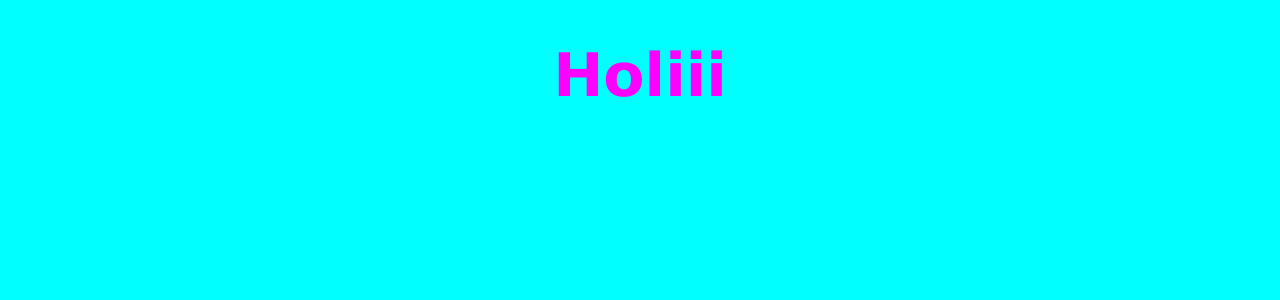
Repository: LazaroRicardo/WORKSPACE
Page: http://localhost/ProyectoMVC2/registrarse
These files come from the project's save history. The page is drawn as it stood at one moment and after the next save; the edit follows.
The browser window is 1280 px wide. The pictures show the whole page.
The page is served by Tomcat 9. Other server files are loaded and not shown.

Above is the page before, as saved 2018-11-15 08:53:38.

### javaweb/ProyectoMVC2/WebContent/registrarse.jsp
<%@ page language="java" contentType="text/html; charset=ISO-8859-1"
    pageEncoding="ISO-8859-1"%>
<!DOCTYPE html>
<html>
<head>
<meta charset="ISO-8859-1">
<title>Registrarse</title>
<link href="./css/style.css" rel="stylesheet">
</head>
<body>
<h1>Holiii</h1>
</body>
</html>

### javaweb/ProyectoMVC2/src/com/ricardo/controlers/RegistrarseServlet.java
package com.ricardo.controlers;

import java.io.IOException;
import javax.servlet.ServletException;
import javax.servlet.annotation.WebServlet;
import javax.servlet.http.HttpServlet;
import javax.servlet.http.HttpServletRequest;
import javax.servlet.http.HttpServletResponse;


@WebServlet("/registrarse")
public class RegistrarseServlet extends HttpServlet {
	private static final long serialVersionUID = 1L;

	protected void doGet(HttpServletRequest request, HttpServletResponse response) throws ServletException, IOException {

		request.getRequestDispatcher("/registrarse.jsp").forward(request, response);
	}


	protected void doPost(HttpServletRequest request, HttpServletResponse response) throws ServletException, IOException {

		doGet(request, response);
	}

}

### javaweb/ProyectoMVC2/WebContent/css/style.css
body{
	margin:0;
	padding:0;
	font-family:verdana;
	font-size:30px;
	display:block;
	text-align:center;
	color:fuchsia;
	background-color:aqua;
}
h1{
	font-size:2em;
}

ul{
	list-style:none;
	margin:0;
	padding:0;

}

ul>li div{
	display: inline-block;
	margin:1em;
}

div.error{
	color:red;
}
img{
	padding: 20px;
}

After the next save:
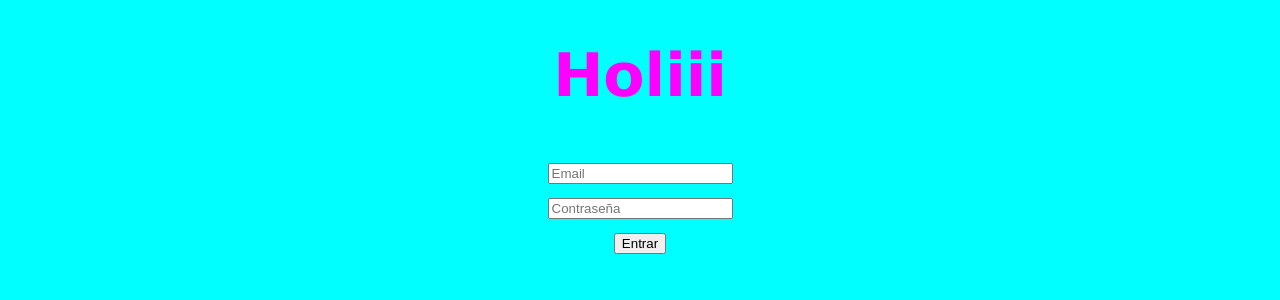
Saved 2 min 44 s later.
--- a/javaweb/ProyectoMVC2/WebContent/registrarse.jsp
+++ b/javaweb/ProyectoMVC2/WebContent/registrarse.jsp
@@ -8,6 +8,13 @@
 <link href="./css/style.css" rel="stylesheet">
 </head>
 <body>
-<h1>Holiii</h1>
+	<h1>Holiii</h1>
+	<form action="" method="POST">
+		<div><input type="email" placeholder="Email" id="" name="email" required /></div>
+		<div><input type="password" placeholder="Contraseña" id="" name="password" required /></div>
+		<div>
+			<button>Entrar</button>
+		</div>
+	</form>
 </body>
 </html>
